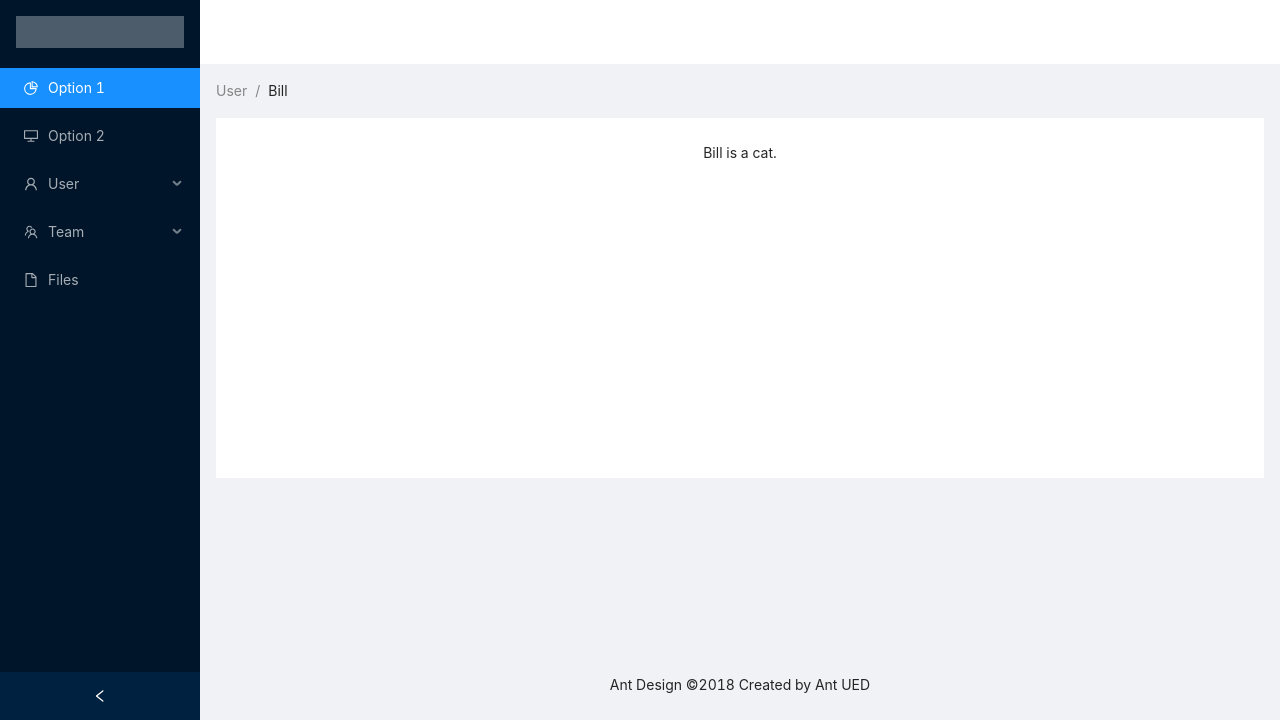
Repository: xstnet/starfire-cloud-fe
Page: /
An editor plug-in stored every save of this project. The page is shown before and after the next save, followed by the edit.
The browser window is 1280 px wide. The pictures show the whole page.
The project was rebuilt for these pictures with package versions that can differ from the ones it lists, and the page was loaded fresh each time.

Above is the page before, as saved 2021-09-12 16:09:47.

### src/App.js
import React from 'react';
import { Button } from 'antd';
import './App.css';
import MainLayout from './page/layout/main'

const App = () => (
  <div className="App">
    <MainLayout></MainLayout>
  </div>
);

export default App;

### src/page/layout/main.jsx
import React from 'react';
import { Layout, Menu, Breadcrumb } from 'antd';
import {
  DesktopOutlined,
  PieChartOutlined,
  FileOutlined,
  TeamOutlined,
  UserOutlined,
} from '@ant-design/icons';
import './main.css';

const { Header, Content, Footer, Sider } = Layout;
const { SubMenu } = Menu;

class MainLayout extends React.Component {
  state = {
    collapsed: false,
  };

  onCollapse = collapsed => {
    console.log(collapsed);
    this.setState({ collapsed });
  };

  render() {
    const { collapsed } = this.state;
    return (
      <Layout style={{ minHeight: '100vh' }}>
        <Sider collapsible collapsed={collapsed} onCollapse={this.onCollapse}>
          <div className="logo" />
          <Menu theme="dark" defaultSelectedKeys={['1']} mode="inline">
            <Menu.Item key="1" icon={<PieChartOutlined />}>
              Option 1
            </Menu.Item>
            <Menu.Item key="2" icon={<DesktopOutlined />}>
              Option 2
            </Menu.Item>
            <SubMenu key="sub1" icon={<UserOutlined />} title="User">
              <Menu.Item key="3">Tom</Menu.Item>
              <Menu.Item key="4">Bill</Menu.Item>
              <Menu.Item key="5">Alex</Menu.Item>
            </SubMenu>
            <SubMenu key="sub2" icon={<TeamOutlined />} title="Team">
              <Menu.Item key="6">Team 1</Menu.Item>
              <Menu.Item key="8">Team 2</Menu.Item>
            </SubMenu>
            <Menu.Item key="9" icon={<FileOutlined />}>
              Files
            </Menu.Item>
          </Menu>
        </Sider>
        <Layout className="site-layout">
          <Header className="site-layout-background" style={{ padding: 0 }} />
          <Content style={{ margin: '0 16px' }}>
            <Breadcrumb style={{ margin: '16px 0' }}>
              <Breadcrumb.Item>User</Breadcrumb.Item>
              <Breadcrumb.Item>Bill</Breadcrumb.Item>
            </Breadcrumb>
            <div className="site-layout-background" style={{ padding: 24, minHeight: 360 }}>
              Bill is a cat.
            </div>
          </Content>
          <Footer style={{ textAlign: 'center' }}>Ant Design ©2018 Created by Ant UED</Footer>
        </Layout>
      </Layout>
    );
  }
}

export default MainLayout;

### src/page/layout/main.css
 .logo {
    height: 32px;
    margin: 16px;
    background: rgba(255, 255, 255, 0.3);
  }

  .site-layout .site-layout-background {
    background: #fff;
  }

Loaded but not shown: public/index.html (common file); src/index.js (common file); src/index.css (common file); src/reportWebVitals.js (common file); src/App.css (common file)

After the next save:
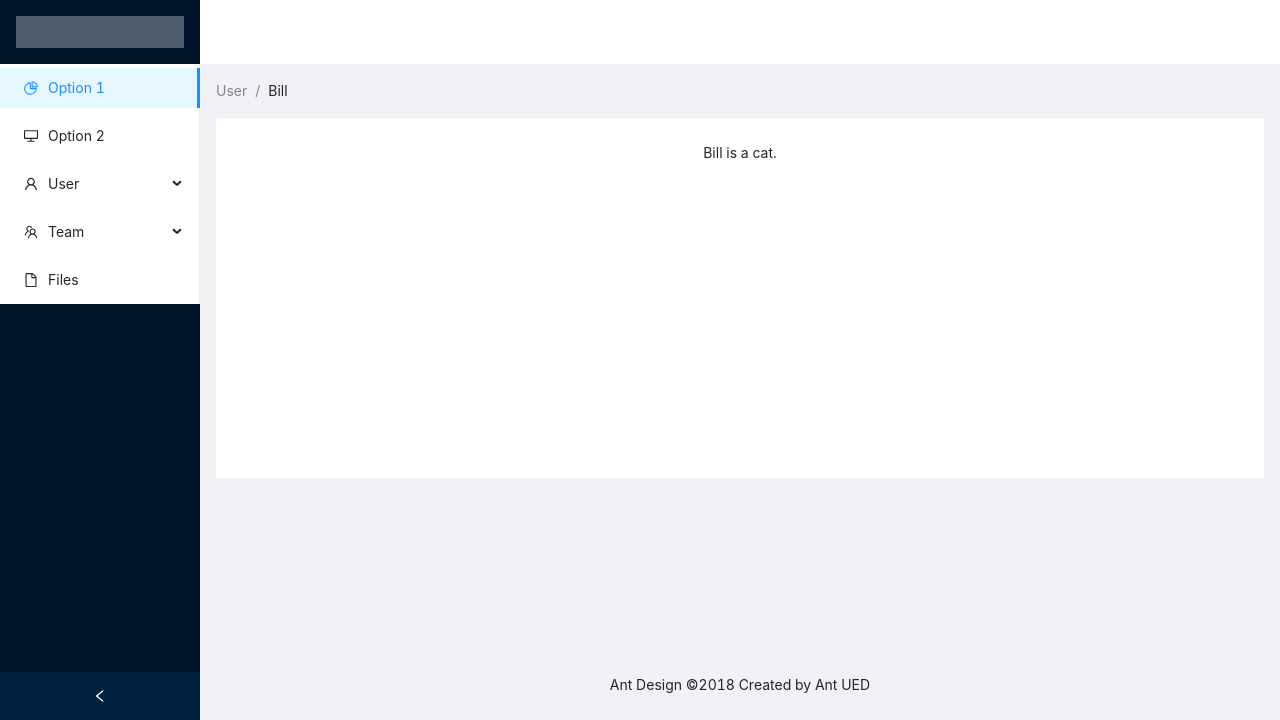
Saved 5 min 24 s later.
--- a/src/page/layout/main.jsx
+++ b/src/page/layout/main.jsx
@@ -28,7 +28,7 @@ class MainLayout extends React.Component {
       <Layout style={{ minHeight: '100vh' }}>
         <Sider collapsible collapsed={collapsed} onCollapse={this.onCollapse}>
           <div className="logo" />
-          <Menu theme="dark" defaultSelectedKeys={['1']} mode="inline">
+          <Menu theme="" defaultSelectedKeys={['1']} mode="inline">
             <Menu.Item key="1" icon={<PieChartOutlined />}>
               Option 1
             </Menu.Item>
